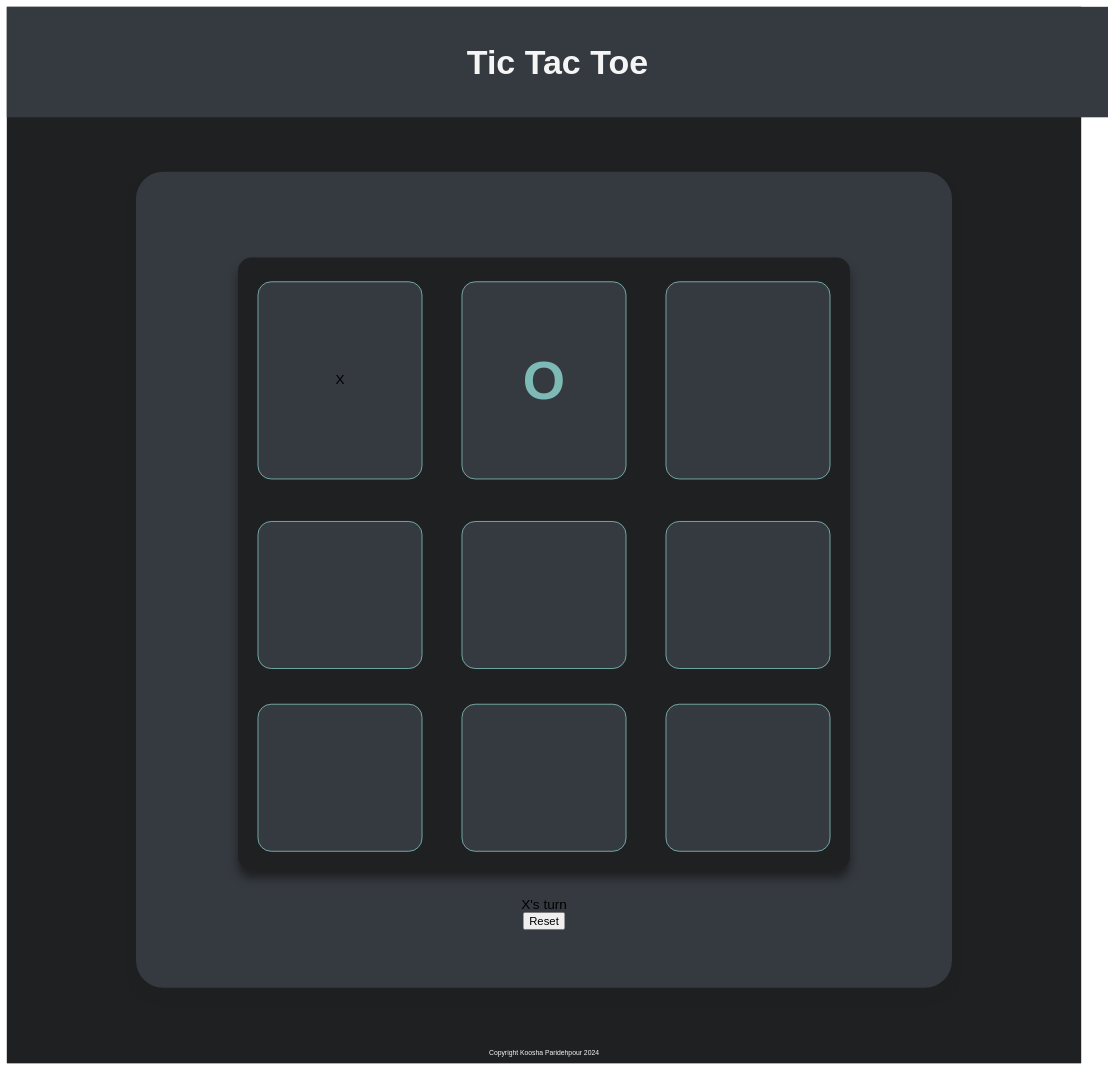
Repository: KooshaPari/odin-TTT
Page: index.html
An editor plug-in stored every save of this project. The page is shown before and after the next save, followed by the edit.
The browser window is 1280 px wide. The page is 1304 px wide, so the pictures cover 1304 px, including what lies to the right of the window. The pictures show the whole page, at 85% of full size.

Above is the page before, as saved 2024-03-14 23:05:55.

### index.html
<!doctype html>
<html lang="en">
  <head>
    <meta charset="UTF-8" />

    <link rel="stylesheet" href="./style.css" />
    <meta name="viewport" content="width=device-width, initial-scale=1.0" />
    <title>Document</title>
  </head>
  <body>
    <div id="parent">
      <div id="header">
        <h1>Tic Tac Toe</h1>
      </div>
      <div id="body">
        <div id="game">
          <div id="board">
            <div class="square" id="0">X</div>
            <div class="square" id="1"><p>O</p></div>
            <div class="square" id="2"></div>
            <div class="square" id="3"></div>
            <div class="square" id="4"></div>
            <div class="square" id="5"></div>
            <div class="square" id="6"></div>
            <div class="square" id="7"></div>
            <div class="square" id="8"></div>
          </div>
          <div id="status">X's turn</div>
          <button id="reset">Reset</button>
        </div>
      </div>
      <div id="footer">
        <p>Copyright Koosha Paridehpour 2024</p>
      </div>
    </div>
  </body>
</html>

### style.css
* {
  font-family: sans-serif;
}
#parent {
  background-color: #1f2022;
  width: 100%;
  height: 100%;
}
#header {
  background-color: #353a40;
  padding: 1.25%;
  width: 100%;
  height: 100%;
}
#header h1 {
  color: #f6f5f5;

  font-size: 2.5em;
}
#footer p {
  color: #f6f5f5;
  font-size: 0.5em;
}

#header,
#footer,
#body {
  display: flex;
  align-items: center;
  justify-content: center;
}
#title {
  color: #f6f5f5;
}
#body {
  flex-direction: column;
}
#game {
  transition: 2.5s ease-in-out;
  display: flex;
  flex-direction: column;
  justify-content: center;
  align-items: center;
  background-color: #353a40;
  border-radius: 2em;
  margin: 5vw;
  box-shadow: 0px 10px 10px #1f2022;
  width: 75vw;
  height: 75vw;
  -webkit-border-radius: 2em;
  -moz-border-radius: 2em;
  -ms-border-radius: 2em;
  -o-border-radius: 2em;
  -webkit-transition: 2.5s ease-in-out;
  -moz-transition: 2.5s ease-in-out;
  -ms-transition: 2.5s ease-in-out;
  -o-transition: 2.5s ease-in-out;
}
#board {
  display: grid;
  grid-template-columns: 1fr 1fr 1fr;
  width: 75%;
  transition: 1s ease-in-out;
  height: 75%;
  background-color: #1f2022;
  border-radius: 1em;
  margin: 2em;

  align-items: center;
  justify-content: center;
  box-shadow: 0px 10px 10px #1f2022;
  -webkit-border-radius: 1em;
  -moz-border-radius: 1em;
  -ms-border-radius: 1em;
  -o-border-radius: 1em;
  -webkit-transition: 1s ease-in-out;
  -moz-transition: 1s ease-in-out;
  -ms-transition: 1s ease-in-out;
  -o-transition: 1s ease-in-out;
}
#board:hover {
  transform: scale(1.025) translate(0, -1em);
  transition: 0.5s ease-in-out;
  -webkit-transform: scale(1.025) translate(0, -1em);
  -moz-transform: scale(1.025) translate(0, -1em);
  -ms-transform: scale(1.025) translate(0, -1em);
  -o-transform: scale(1.025) translate(0, -1em);
  -webkit-transition: 0.5s ease-in-out;
  -moz-transition: 0.5s ease-in-out;
  -ms-transition: 0.5s ease-in-out;
  -o-transition: 0.5s ease-in-out;
}
#game:hover {
  transform: scale(1.05) translate(0, -0.5em);
  transition: 10s ease-in-out;
  -webkit-transform: scale(1.05) translate(0, -0.5em);
  -moz-transform: scale(1.05) translate(0, -0.5em);
  -ms-transform: scale(1.05) translate(0, -0.5em);
  -o-transform: scale(1.05) translate(0, -0.5em);
  -webkit-transition: 10s ease-in-out;
  -moz-transition: 10s ease-in-out;
  -ms-transition: 10s ease-in-out;
  -o-transition: 10s ease-in-out;
}
.square {
  justify-self: center;
  border: 0.1px solid #7ebab5;
  width: 80%;
  flex: 0;
  border-radius: 1em;
  height: 80%;
  background-color: #353a40;
  text-align: center;
  justify-content: center;
  display: flex;
  align-items: center;
  white-space: nowrap;
}
.square p {
  font-size: 4em;
  color: #7ebab5;
  font-weight: bold;
  overflow: hidden;
  align-self: center;
  justify-self: center;
  text-align: center;
  padding: 0;
  margin: 0;
  display: inline;
}

After the next save:
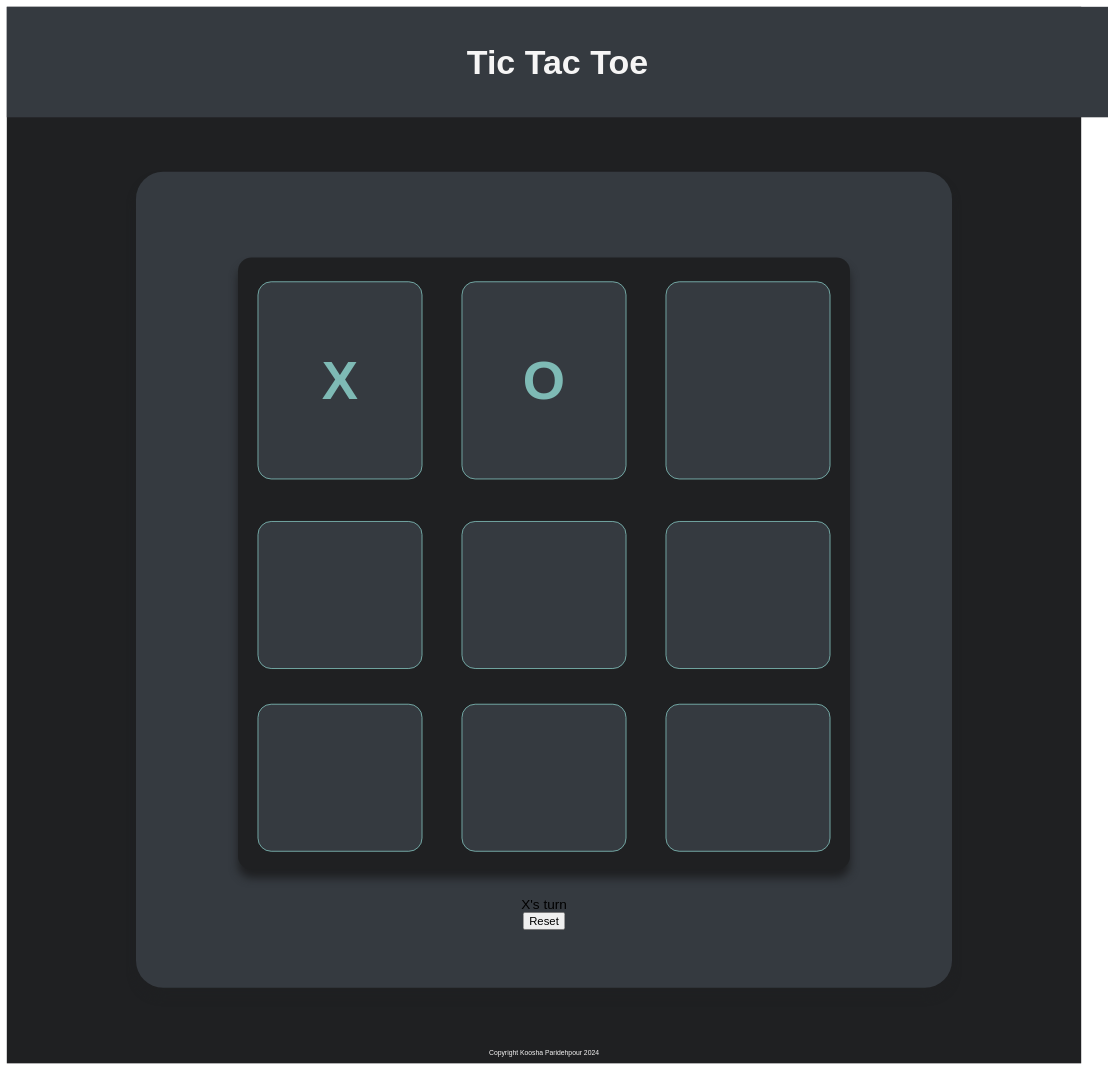
Saved 4 s later.
--- a/index.html
+++ b/index.html
@@ -15,7 +15,7 @@
       <div id="body">
         <div id="game">
           <div id="board">
-            <div class="square" id="0">X</div>
+            <div class="square" id="0"><p>X</p></div>
             <div class="square" id="1"><p>O</p></div>
             <div class="square" id="2"></div>
             <div class="square" id="3"></div>
